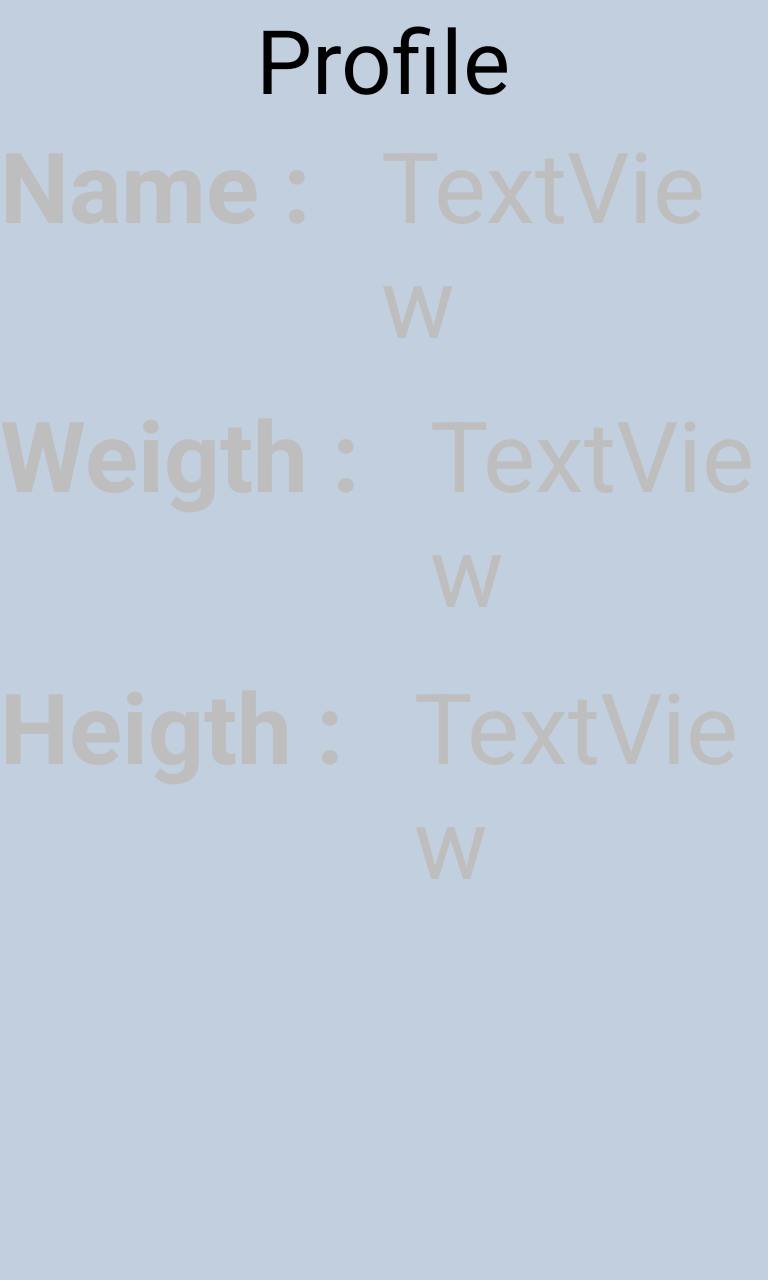
Repository: parinya1968/My-project
Layout: DroidWork/getBig/res/layout/viewprofiles.xml
An editor plug-in stored every save of this project. The layout is shown before and after the next save, followed by the edit.
It is drawn on a 768 x 1280 px phone screen (xhdpi) without system bars, with theme android:Theme.NoTitleBar.Fullscreen; the app's code is not run.

Above is the layout before, as saved 2012-06-21 05:12:12.

### DroidWork/getBig/res/layout/viewprofiles.xml
<?xml version="1.0" encoding="utf-8"?>
<LinearLayout xmlns:android="http://schemas.android.com/apk/res/android"
    android:layout_width="fill_parent"
    android:layout_height="fill_parent"
    android:background="#C2CFDF"
    android:orientation="vertical" >

    <TextView
        android:id="@+id/textView1"
        android:layout_width="wrap_content"
        android:layout_height="wrap_content"
        android:layout_gravity="center"
        android:text="Profile"
        android:textColor="#000000"
        android:textSize="20pt" />



    <LinearLayout
        android:layout_width="match_parent"
        android:layout_height="wrap_content"
        android:layout_weight="0.06" >

        <TextView
            android:id="@+id/textView1"
            android:layout_width="wrap_content"
            android:layout_height="wrap_content"
            android:text="Name :"
            android:textSize="22pt"
            android:textStyle="bold" />

        <TextView
            android:id="@+id/txtName"
            android:layout_width="wrap_content"
            android:layout_height="wrap_content"
            android:layout_marginLeft="35dp"
            android:text="TextView"
            android:textSize="22pt" />
    </LinearLayout>




    <LinearLayout
        android:layout_width="match_parent"
        android:layout_height="wrap_content"
        android:layout_weight="0.07" >

        <TextView
            android:id="@+id/textView2"
            android:layout_width="wrap_content"
            android:layout_height="wrap_content"
            android:text="Weigth :"
            android:textSize="22pt"
            android:textStyle="bold" />

        <TextView
            android:id="@+id/txtWeight"
            android:layout_width="wrap_content"
            android:layout_height="wrap_content"
            android:layout_marginLeft="35dp"
            android:text="TextView"
            android:textSize="22pt" />
    </LinearLayout>



    <LinearLayout
        android:layout_width="match_parent"
        android:layout_height="wrap_content"
        android:layout_weight="0.97" >

        <TextView
            android:id="@+id/textView3"
            android:layout_width="wrap_content"
            android:layout_height="wrap_content"
            android:text="Heigth :"
            android:textSize="22pt"
            android:textStyle="bold" />

        <TextView
            android:id="@+id/txtHeight"
            android:layout_width="wrap_content"
            android:layout_height="wrap_content"
            android:layout_marginLeft="35dp"
            android:text="TextView"
            android:textSize="22pt" />
    </LinearLayout>

</LinearLayout>

After the next save:
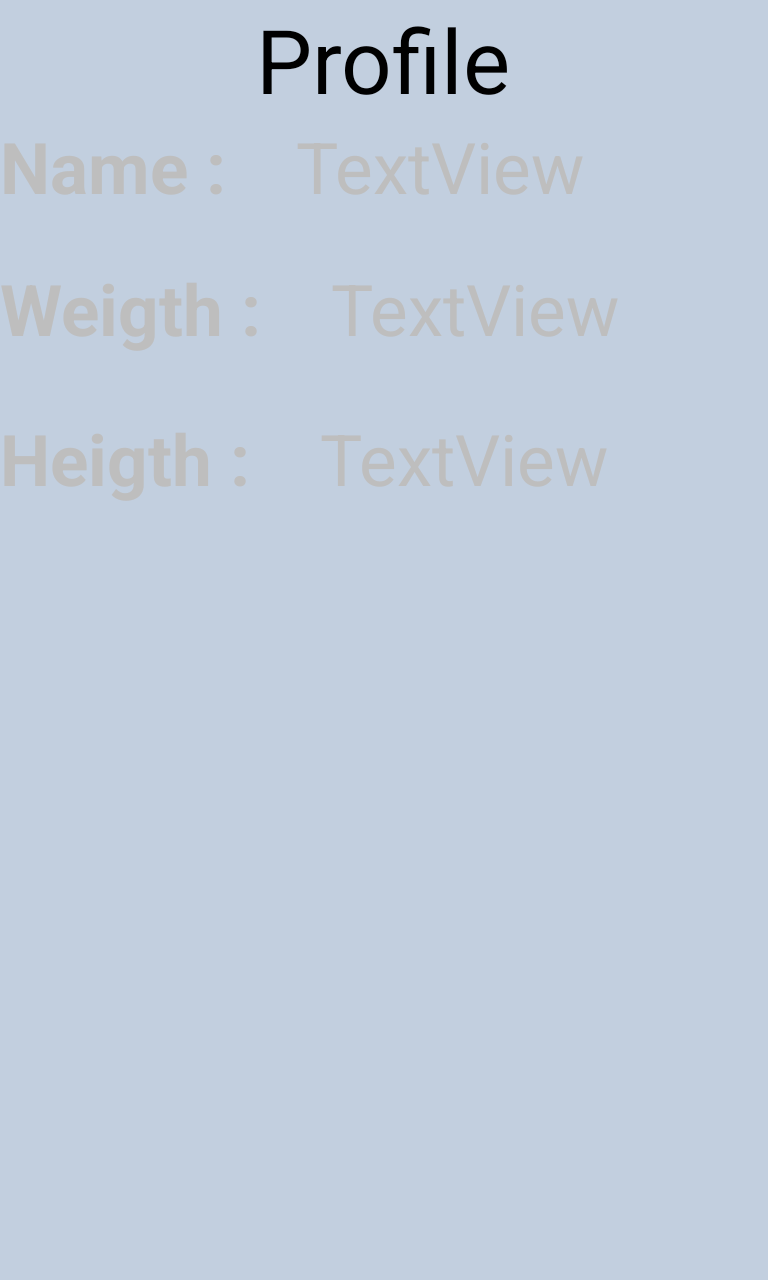
Saved 52 s later.
--- a/DroidWork/getBig/res/layout/viewprofiles.xml
+++ b/DroidWork/getBig/res/layout/viewprofiles.xml
@@ -26,7 +26,7 @@
             android:layout_width="wrap_content"
             android:layout_height="wrap_content"
             android:text="Name :"
-            android:textSize="22pt"
+            android:textSize="16pt"
             android:textStyle="bold" />
 
         <TextView
@@ -35,7 +35,7 @@
             android:layout_height="wrap_content"
             android:layout_marginLeft="35dp"
             android:text="TextView"
-            android:textSize="22pt" />
+            android:textSize="16pt" />
     </LinearLayout>
 
 
@@ -51,7 +51,7 @@
             android:layout_width="wrap_content"
             android:layout_height="wrap_content"
             android:text="Weigth :"
-            android:textSize="22pt"
+            android:textSize="16pt"
             android:textStyle="bold" />
 
         <TextView
@@ -60,7 +60,7 @@
             android:layout_height="wrap_content"
             android:layout_marginLeft="35dp"
             android:text="TextView"
-            android:textSize="22pt" />
+            android:textSize="16pt" />
     </LinearLayout>
 
 
@@ -75,7 +75,7 @@
             android:layout_width="wrap_content"
             android:layout_height="wrap_content"
             android:text="Heigth :"
-            android:textSize="22pt"
+            android:textSize="16pt"
             android:textStyle="bold" />
 
         <TextView
@@ -84,7 +84,7 @@
             android:layout_height="wrap_content"
             android:layout_marginLeft="35dp"
             android:text="TextView"
-            android:textSize="22pt" />
+            android:textSize="16pt" />
     </LinearLayout>
 
 </LinearLayout>
